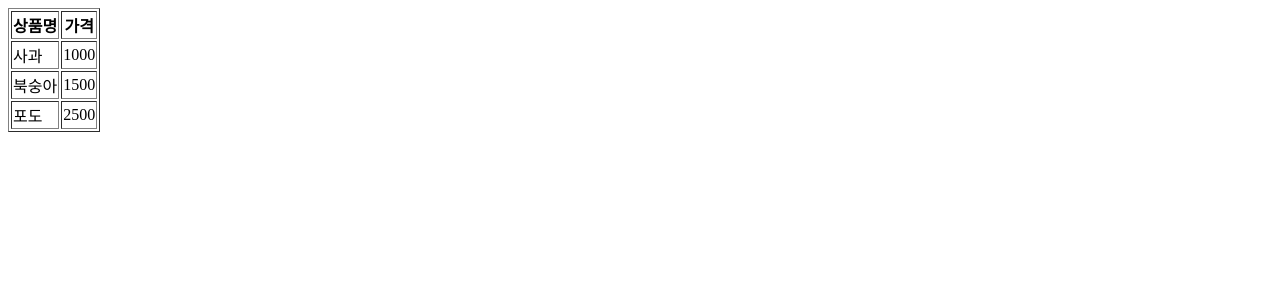
Repository: mnemion/BackendClass
Page: example/src/main/webapp/js14.html
These files come from the project's save history. The page is drawn as it stood at one moment and after the next save; the edit follows.
The browser window is 1280 px wide. The pictures show the whole page.

Above is the page before, as saved 2023-09-04 02:29:10.

After the next save:
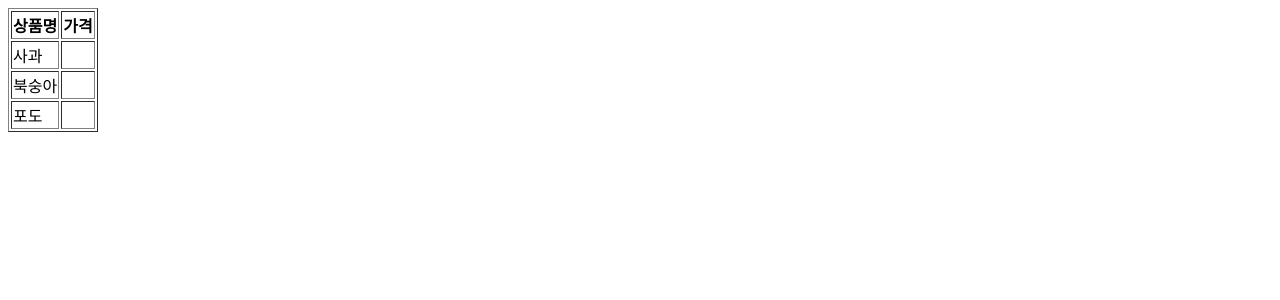
Console error: ReferenceError: i is not defined
Saved 107 s later.
--- a/example/src/main/webapp/js14.html
+++ b/example/src/main/webapp/js14.html
@@ -47,9 +47,7 @@
         	if(ajax.status == 200){
             	var data = JSON.parse(this.response);
             	console.log(data);
-            	for (var i = 0; i < data.adata.length; i++) {
-                	document.getElementById("pd" + i).innerHTML = data.adata[i];
-           	 	}
+            	document.getElementById("pd" + i).innerHTML = data.adata[i];
       		}
         	else{
             	console.log("통신오류 발생!!")

After the 2 saves that followed:
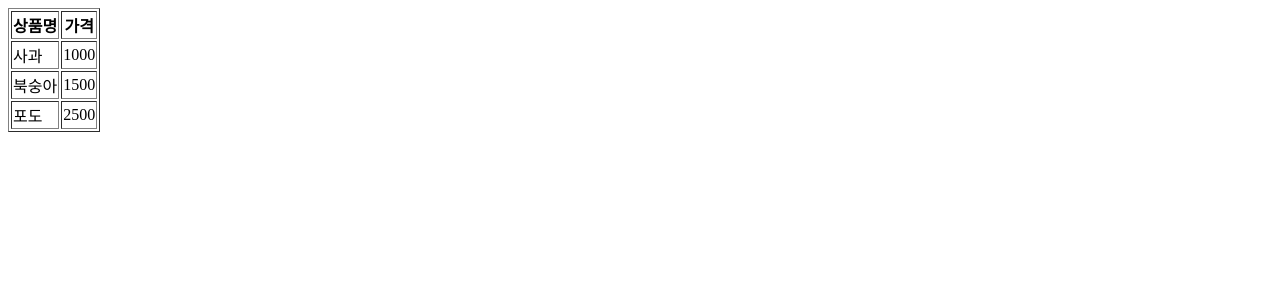
The error is gone.
The 2 saves are shown as one change because 1 left the picture as it was.
The last was saved 50 s later.
--- a/example/src/main/webapp/js14.html
+++ b/example/src/main/webapp/js14.html
@@ -47,7 +47,9 @@
         	if(ajax.status == 200){
             	var data = JSON.parse(this.response);
             	console.log(data);
-            	document.getElementById("pd" + i).innerHTML = data.adata[i];
+            	for (var i = 0; i < data.adata.length; i++) {
+                	document.getElementById("pd" + i).innerHTML = data.adata[i];
+           	 	}
       		}
         	else{
             	console.log("통신오류 발생!!")
